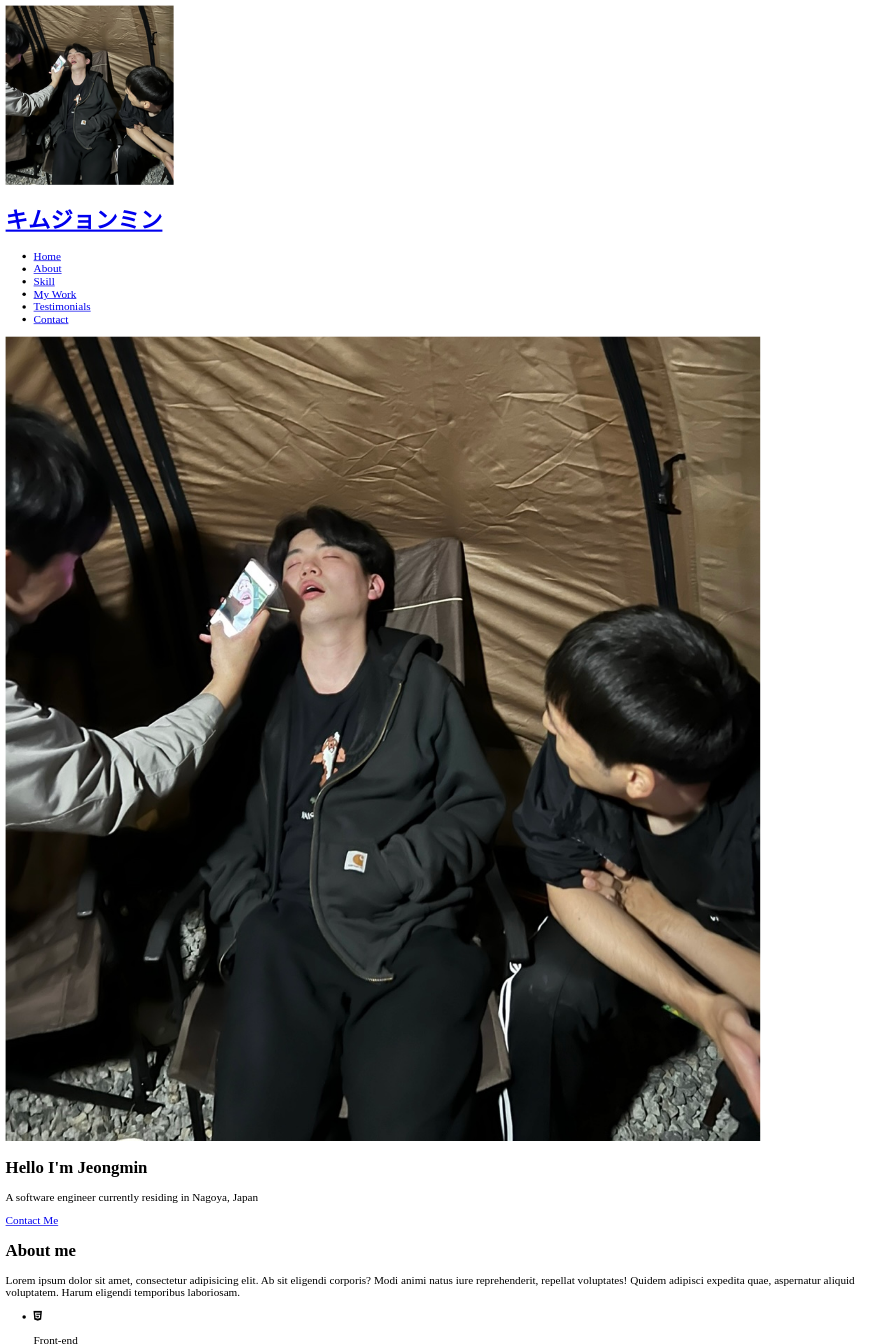
Repository: N1C0N1C0/Portfolio
Page: index.html
The author's editor kept a copy of each file at every save. The page is drawn from the files as they stood at one save, then again after the next save.
The browser window is 1280 px wide. The pictures show the part of the page from y = 0 to 1920 px (the page is 7268 px tall before and 7602 px after), at 70% of full size.
Some web libraries are served in a nearby version.

Above is the page before, as saved 2023-12-13 23:12:52.

### index.html
<!DOCTYPE html>
<html lang="jp">
<head>
    <meta charset="UTF-8">
    <meta name="viewport" content="width=device-width, initial-scale=1.0">
    <!-- SEO -->
    <title>My&#39s Portfolio</title>
    <meta
        name="description"
        content="Portfolio for job change"
    />
    <meta
        name="author" content="KimJeongmin"
    />
    <link rel="shortcut icon" href="images/favicon.ico" type="image/x-icon">
    <!-- OG(OPEN Graph Data) -->
    <meta property="og:title" content="Portfolio"/>
    <meta property="og:type" content="website"/>
    <meta property="og:url" content="URL generated after deployment"/>
    <meta property="og:image" content="Image URL created after deployment"/>
    <!-- Google Fonts -->
    <link rel="preconnect" href="https://fonts.googleapis.com">
    <link rel="preconnect" href="https://fonts.gstatic.com" crossorigin>
    <link href="https://fonts.googleapis.com/css2?family=Noto+Sans+JP:wght@300;400;500&family=Open+Sans:wght@400;600&display=swap" rel="stylesheet">
    <!-- Font Awesome -->
    <script src="https://kit.fontawesome.com/04742e9fab.js" crossorigin="anonymous"></script>
    <!-- CSS -->
    <link rel="stylesheet" href="css/style.css">
    <!-- Javascript -->
    <script src="src/main.js" defer></script>
</head>
<body>
    <!-- Header -->
    <header>
        <div>
            <img src="images/favicon.ico" alt="logo" />
            <h1><a href="#">キムジョンミン</a></h1>
        </div>
        <nav>
            <ul>
                <li><a href="#home">Home</a></li>
                <li><a href="#about">About</a></li>
                <li><a href="#skills">Skill</a></li>
                <li><a href="#work">My Work</a></li>
                <li><a href="#testimonials">Testimonials</a></li>
                <li><a href="#contact">Contact</a></li>
            </ul>
        </nav>
    </header>
    <!-- Main -->
    <main>
        <!-- Home -->
        <section id="home">
            <img src="images/profile.JPG" alt="profile">
            <h2>Hello I&#39;m Jeongmin</h2>
            <p>A software engineer currently residing in Nagoya, Japan</p>
            <a href="#contact">Contact Me</a>
        </section>
        <!-- About -->
        <section id="about">
            <h2>About me</h2>
            <p>
                Lorem ipsum dolor sit amet, consectetur adipisicing elit. Ab sit eligendi corporis? Modi animi natus iure reprehenderit, repellat voluptates! Quidem adipisci expedita quae, aspernatur aliquid voluptatem. Harum eligendi temporibus laboriosam.
            </p>
            <ul>
                <li>
                    <i class="fa-brands fa-html5"></i>
                    <p>Front-end</p>
                    <p>HTML, CSS, JavaScript, TypeScript, React, Vue, Web APIs</p>
                </li>
                <li>
                    <i class="fa-solid fa-mobile"></i>
                    <p>Mobile</p>
                    <p>Android, iOS, Swift, Java, Kotlin</p>
                </li>
                <li>
                    <i class="fa-solid fa-server"></i>
                    <p>Back-end</p>
                    <p>Java, Javascript, NodeJs, Rest APIs</p>
                </li>
            </ul>
            <ul>
                <li>
                    <img src="images/sis_image.png" alt="株式 SIS">
                    <div>
                        <p>SIS as Software Engineer</p>
                        <p>2023 Dec - Until now</p>
                    </div>
                </li>
            </ul>
        </section>
        <!-- Skills -->
        <section id="skills">
            <h2>My Skills</h2>
            <p>Skills & Attributes</p>
            <p>
                Lorem ipsum dolor sit amet consectetur adipisicing elit. Beatae sit, porro nesciunt fuga dolores nemo unde labore quaerat! Sapiente quis aspernatur perferendis veritatis quidem     pariatur temporibus provident molestiae assumenda quo?
            </p>
            <div>
                <section>
                    <h3>Coding Skills</h3>
                    <ul>
                        <li>
                            <div><span>HTML</span><span>98%</span></div>
                            <div><div style="width: 98%"></div></div>
                        </li>
                        <li>
                            <div><span>CSS</span><span>98%</span></div>
                            <div><div style="width: 98%"></div></div>
                        </li>
                        <li>
                            <div><span>JavaScript</span><span>98%</span></div>
                            <div><div style="width: 98%"></div></div>
                        </li>
                        <li>
                            <div><span>TypeScript</span><span>98%</span></div>
                            <div><div style="width: 98%"></div></div>
                        </li>
                        <li>
                            <div><span>React</span><span>98%</span></div>
                            <div><div style="width: 98%"></div></div>
                        </li>
                        <li>
                            <div><span>Java</span><span>68%</span></div>
                            <div><div style="width: 68%"></div></div>
                        </li>
                    </ul>
                </section>
                <section>
                    <h3>Tools</h3>
                    <ul>
                        <li>Visual Studio Code</li>
                        <li>IntelliJ</li>
                        <li>Eclipse</li>
                        <li>SpringToolSuite4</li>
                    </ul>
                </section>
                <section>
                    <h3>Etc</h3>
                    <ul>
                        <li>Git</li>
                        <li>Post Man</li>
                        <li>Math</li>
                    </ul>
                </section>
            </div>
        </section>
        <!-- Work -->
        <section id="work">
            <h2>My work</h2>
            <p>Projects</p>
            <ul>
                <li><button>All <span>8</span></button></li>
                <li><button>Front-end <span>3</span></button></li>
                <li><button>back-end <span>3</span></button></li>
                <li><button>Mobile <span>2</span></button></li>
            </ul>
            <ul>
                <li><a href="#" target="_blank">
                    <img src="images/ncs_image.gif" alt="profile1">
                    <div>
                        <h3>Project #1</h3>
                        <p>Clone Coding with HTML, CSS</p>
                    </div>
                </a></li>
                <li><a href="#" target="_blank">
                    <img src="images/ncs_image.gif" alt="profile2">
                    <div>
                        <h3>Project #2</h3>
                        <p>Clone Coding with HTML, CSS</p>
                    </div>
                </a></li>
                <li><a href="#" target="_blank">
                    <img src="images/ncs_image.gif" alt="profile3">
                    <div>
                        <h3>Project #3</h3>
                        <p>Clone Coding with HTML, CSS</p>
                    </div>
                </a></li>
                <li><a href="#" target="_blank">
                    <img src="images/ncs_image.gif" alt="profile4">
                    <div>
                        <h3>Project #4</h3>
                        <p>Clone Coding with HTML, CSS</p>
                    </div>
                </a></li>
                <li><a href="#" target="_blank">
                    <img src="images/ncs_image.gif" alt="profile5">
                    <div>
                        <h3>Project #5</h3>
                        <p>Clone Coding with HTML, CSS</p>
                    </div>
                </a></li>
                <li><a href="#" target="_blank">
                    <img src="images/ncs_image.gif" alt="profile6">
                    <div>
                        <h3>Project #6</h3>
                        <p>Clone Coding with HTML, CSS</p>
                    </div>
                </a></li>
                <li><a href="#" target="_blank">
                    <img src="images/ncs_image.gif" alt="profile7">
                    <div>
                        <h3>Project #7</h3>
                        <p>Clone Coding with HTML, CSS</p>
                    </div>
                </a></li>
                <li><a href="#" target="_blank">
                    <img src="images/ncs_image.gif" alt="profile8">
                    <div>
                        <h3>Project #8</h3>
                        <p>Clone Coding with HTML, CSS</p>
                    </div>
                </a></li>
            </ul>
        </section>
        <!-- Testimonials -->
        <section id="testimonials">
            <h2>Testimonial</h2>
            <p>See what they say about me</p>
            <ul>
                <li>
                    <img src="images/favicon.ico" alt="">
                    <div>
                        <p>Lorem ipsum dolor sit amet, consectetur adipisicing elit. Nesciunt modi iusto veniam commodi reiciendis ullam optio, delectus cum pariatur ea magnam accusamus dolor sequi praesentium aliquid laudantium non quae eligendi.</p>
                        <p><a href="#">James Kim</a> / Google</p>
                    </div>
                </li>
                <li>
                    <img src="images/favicon.ico" alt="">
                    <div>
                        <p>Lorem ipsum dolor sit amet, consectetur adipisicing elit. Nesciunt modi iusto veniam commodi reiciendis ullam optio, delectus cum pariatur ea magnam accusamus dolor sequi praesentium aliquid laudantium non quae eligendi.</p>
                        <p><a href="#">James Kim</a> / Google</p>
                    </div>
                </li>
                <li>
                    <img src="images/favicon.ico" alt="">
                    <div>
                        <p>Lorem ipsum dolor sit amet, consectetur adipisicing elit. Nesciunt modi iusto veniam commodi reiciendis ullam optio, delectus cum pariatur ea magnam accusamus dolor sequi praesentium aliquid laudantium non quae eligendi.</p>
                        <p><a href="#">James Kim</a> / Google</p>
                    </div>
                </li>
            </ul>
        </section>
        <!-- Arrow up -->
        <aside>
            <a href="#home" title="back to top">
                <i class="fa-solid fa-arrow-up"></i>
            </a>
        </aside>
    </main>
    <!-- Footer -->
    <footer id="contact">
        <h2>Let&#39;s talk</h2>
        <p>dothd8775@gmail.com</p>
        <ul>
            <li>
                <a href="https//github.com/" target="_blank" title="my github link">
                    <i class="fa-brands fa-github"></i>
                </a>
            </li>
            <li>
                <a href="https//github.com/" target="_blank" title="my kinkedin link">
                    <i class="fa-brands fa-linkedin"></i>
                </a>
            </li>
        </ul>
        <p>©️kimujeongmin</p>
    </footer>
</body>
</html>

### css/style.css
/* Global */
:root {
    --color-white : #ffffff;
    --color-black : #050a13;
    --color-blue : #03e8f9;
    --color-orange : #fd6413;
    --color-gray : #1b1e26;
}

* {
    box-sizing: border-box;
}

Loaded but not shown: src/main.js (no copy from this time; the picture is the same without it)

After the next save:
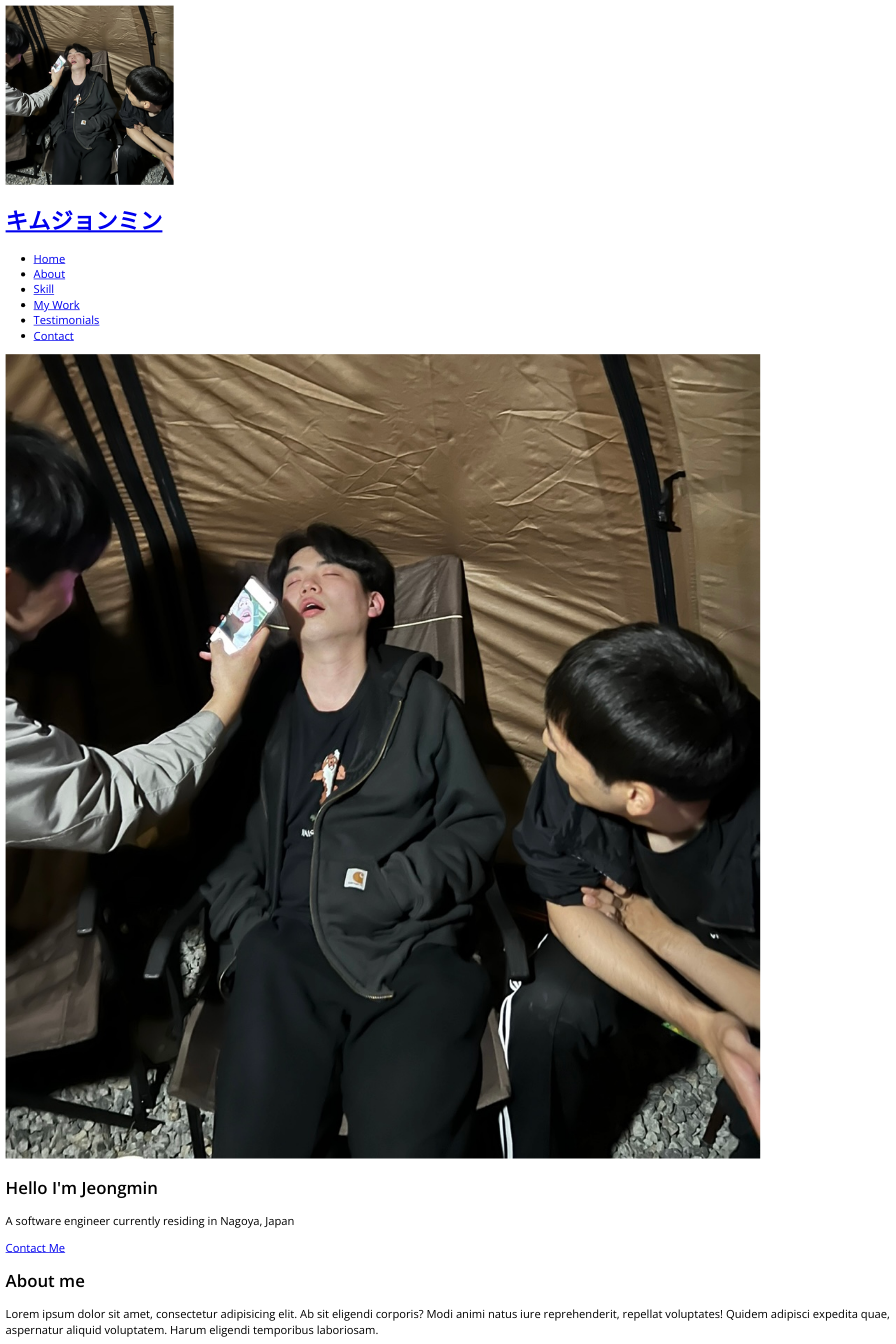
Saved 86 s later.
--- a/css/style.css
+++ b/css/style.css
@@ -1,5 +1,6 @@
 /* Global */
 :root {
+    /* Colors */
     --color-white : #ffffff;
     --color-black : #050a13;
     --color-blue : #03e8f9;
@@ -10,3 +11,7 @@
 * {
     box-sizing: border-box;
 }
+
+body {
+    font-family: 'Open Sans', sans-serif;
+}

After the save that followed:
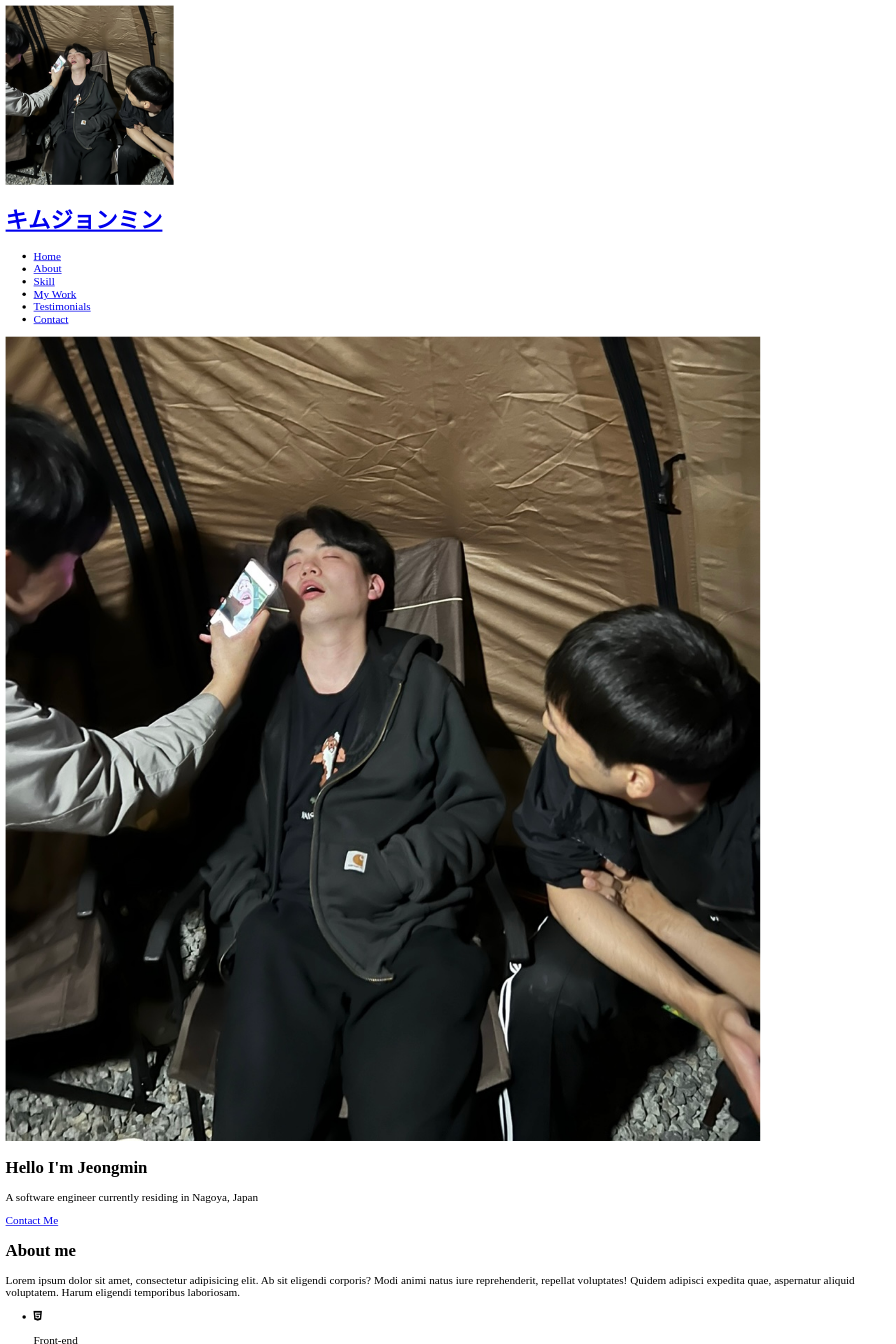
Saved 17 s later.
--- a/css/style.css
+++ b/css/style.css
@@ -13,5 +13,5 @@
 }
 
 body {
-    font-family: 'Open Sans', sans-serif;
+    /* font-family: 'Open Sans', sans-serif; */
 }
